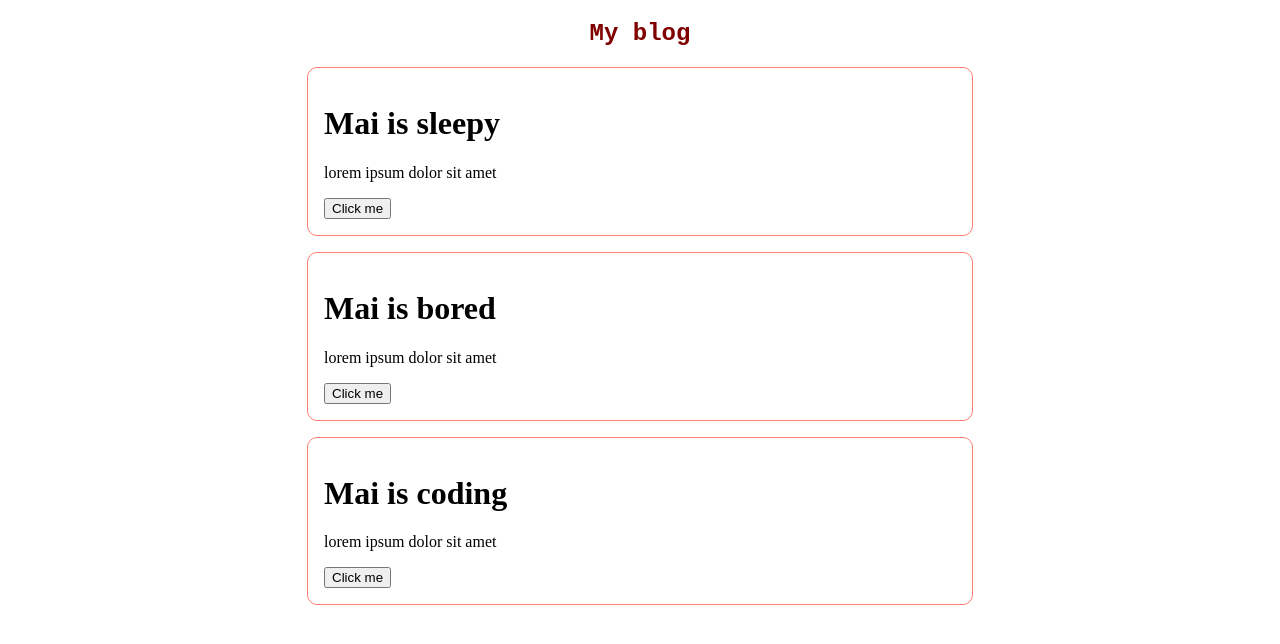
Repository: MaiCrespo/BlogEntry
Page: /
An editor plug-in stored every save of this project. The page is shown before and after the next save, followed by the edit.
The browser window is 1280 px wide. The pictures show the whole page.
The project was rebuilt for these pictures with package versions that can differ from the ones it lists, and the page was loaded fresh each time. Also part of the build but not shown: vite.config.js.

Above is the page before, as saved 2025-09-10 14:06:46.

### index.html
<!DOCTYPE html>
<html lang="en">
  <head>
    <meta charset="UTF-8" />
    <link rel="icon" type="image/png+xml" href="/FaviconWilbur.png" />
    <meta name="viewport" content="width=device-width, initial-scale=1.0" />
    <title>Mai yahoo</title>
  </head>
  <body>
    <div id="root"></div>
    <script type="module" src="/src/main.jsx"></script>
  </body>
</html>

### src/index.css
h2 {
  color: maroon;
  text-align: center;
  font-family: "Courier New", Courier, monospace;
}
.entry {
  margin: 1em auto;
  width: 50%;
  border: 1px solid salmon;
  border-radius: 10px;
  padding: 1em;
}

### src/App.jsx
import BlogEntry from "./BlogEntry.jsx";
function App() {
  return (
    <div>
      <h2>My blog</h2>
      <BlogEntry title="Mai is sleepy" summary="lorem ipsum dolor sit amet" />
      <BlogEntry title="Mai is bored" summary="lorem ipsum dolor sit amet" />
      <BlogEntry title="Mai is coding" summary="lorem ipsum dolor sit amet" />
    </div>
  );
}

export default App;

### src/BlogEntry.jsx
function BlogEntry(props) {
  const buttonLabel = "Click me";
  return (
    <div className="entry">
      <h1>{props.title}</h1>
      <p>{props.summary}</p>
      <button>{buttonLabel}</button>
    </div>
  );
}
export default BlogEntry;

Loaded but not shown: src/main.jsx (common file)

After the next save:
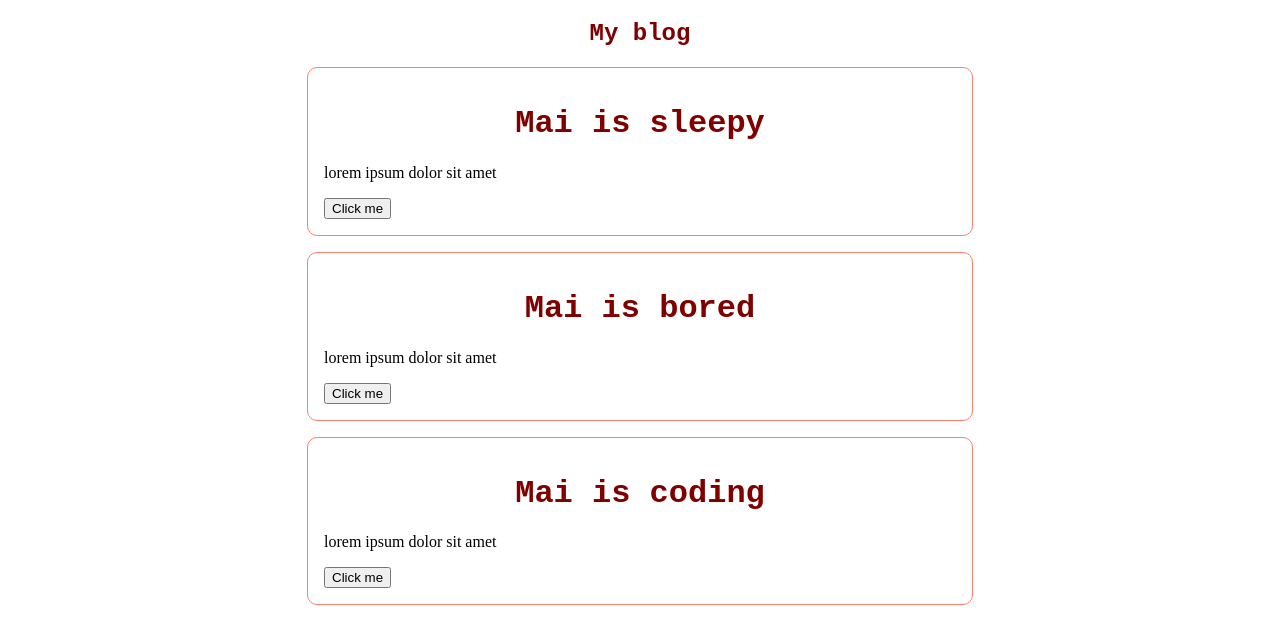
Saved 2 min 19 s later.
--- a/src/index.css
+++ b/src/index.css
@@ -1,4 +1,9 @@
 h2 {
+  color: maroon;
+  text-align: center;
+  font-family: "Courier New", Courier, monospace;
+}
+h1 {
   color: maroon;
   text-align: center;
   font-family: "Courier New", Courier, monospace;
